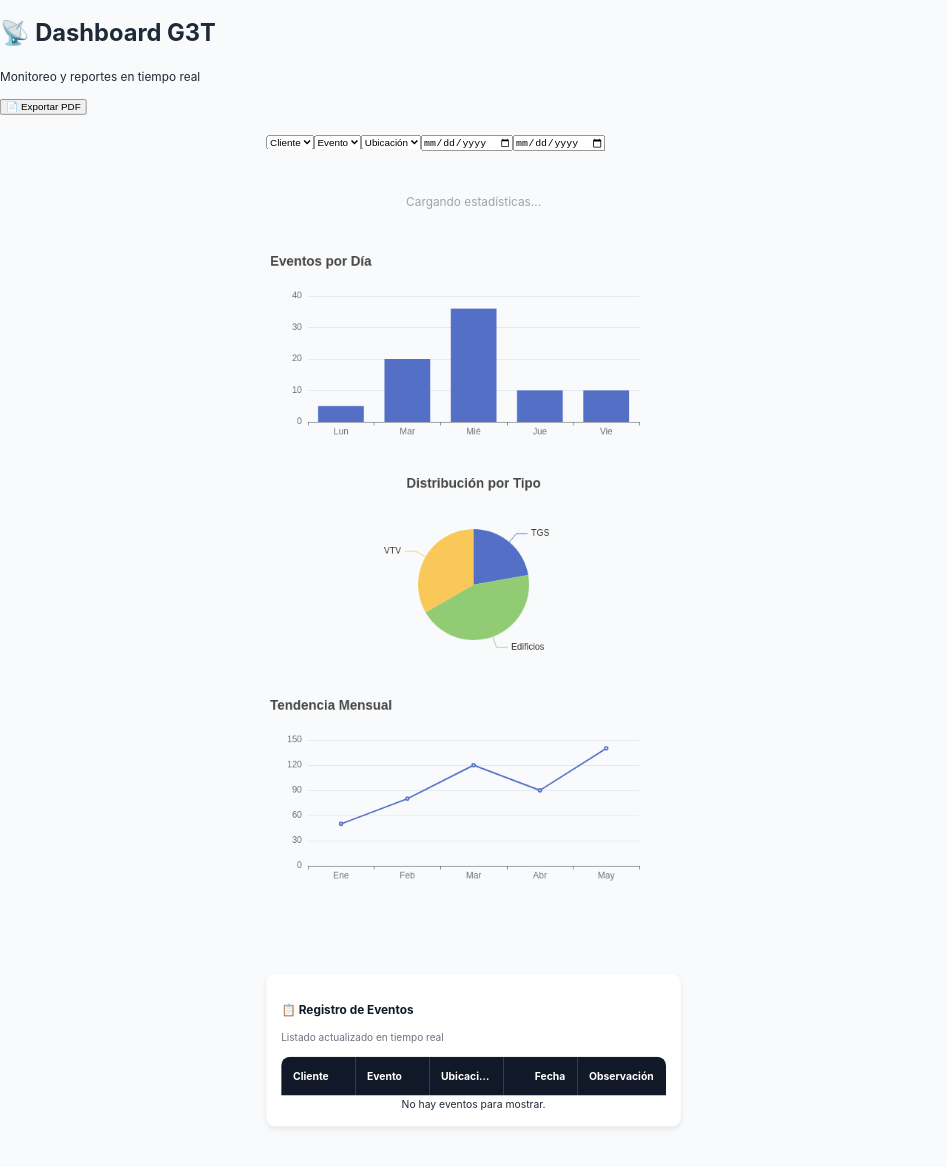
Repository: BBrian11/reportes
Page: /
An editor plug-in stored every save of this project. The page is shown before and after the next save, followed by the edit.
The browser window is 1280 px wide. The pictures show the whole page, at 74% of full size.
The page's requests for data from a server got no answer. The project was rebuilt for these pictures with package versions that can differ from the ones it lists, and the page was loaded fresh each time. No one was signed in, and anything a server would have sent is missing. Also part of the build but not shown: vite.config.js, src/components/Dashboard/ExportPDF.jsx, src/styles/tgsstats.css, src/components/Dashboard/TgsStats.jsx, src/styles/edificiostats.css, src/components/Dashboard/EdificioStats.jsx, src/styles/vtvstats.css, src/components/Dashboard/VtvStats.jsx and 2 more.

Above is the page before, as saved 2025-07-29 18:00:23.

After the next save:
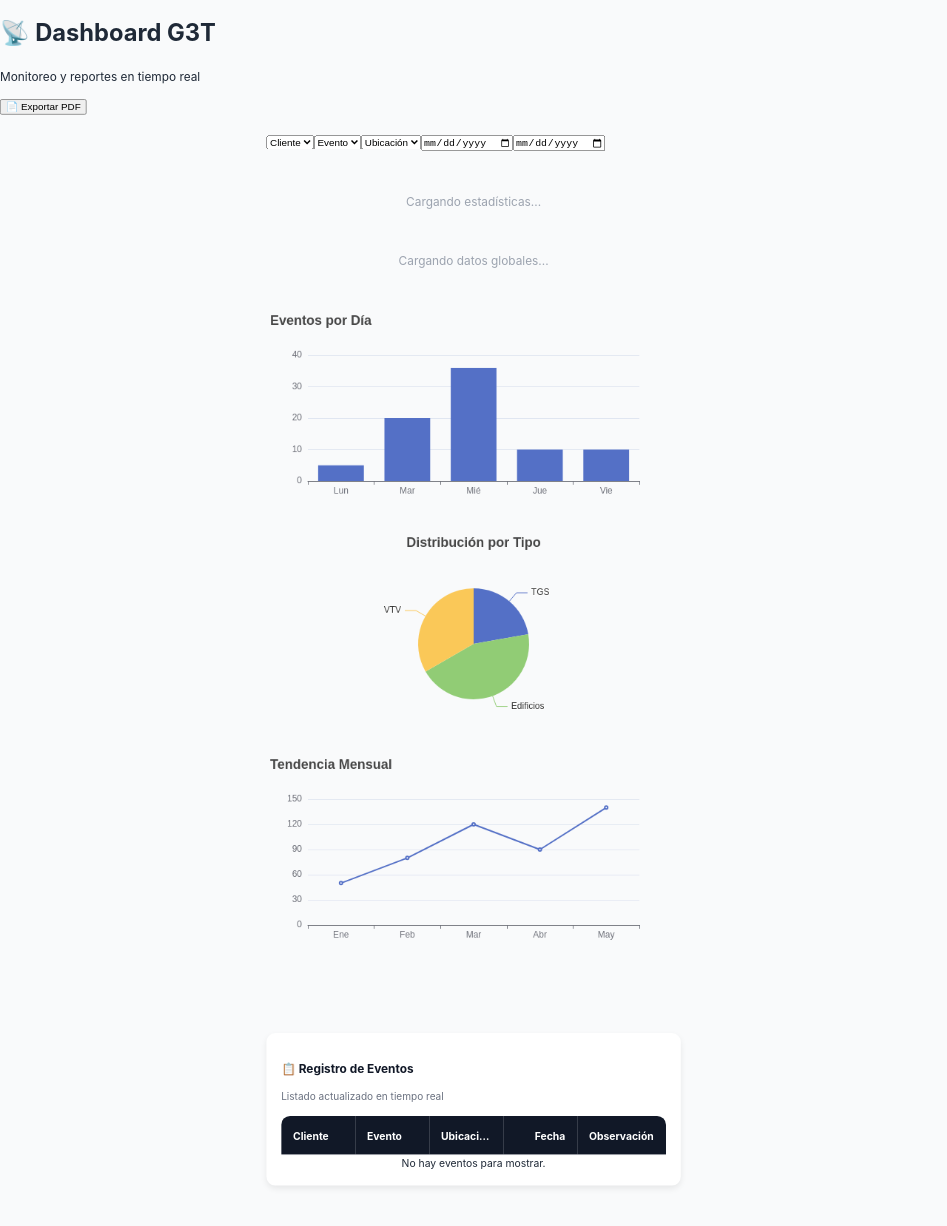
Saved 24 s later.
--- a/src/components/Dashboard/Dashboard.jsx
+++ b/src/components/Dashboard/Dashboard.jsx
@@ -13,6 +13,7 @@
 import TgsStats from "./TgsStats.jsx";
 import EdificioStats from "./EdificioStats.jsx";
 import VtvStats from "./VtvStats.jsx";
+import GlobalStats from "./GlobalStats.jsx";
 
 
 
@@ -102,7 +103,7 @@
         {!filtros.cliente && (
           <>
             <StatsCards eventos={eventosFiltrados} />
-
+            <GlobalStats eventos={eventosFiltrados} />
             <Charts eventos={eventosFiltrados} />
             <EventsTable eventos={eventosFiltrados} />
           </>

After the save that followed:
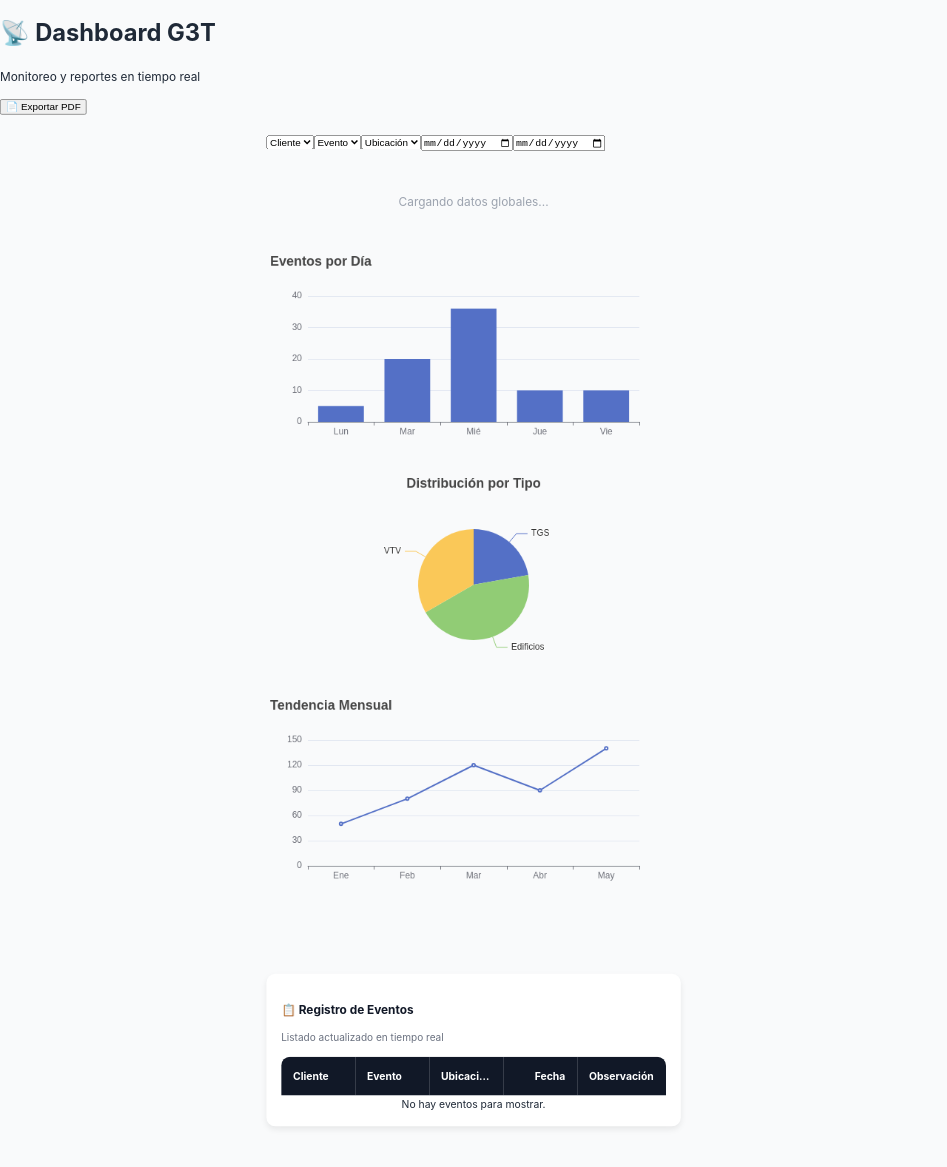
Saved 28 s later.
--- a/src/components/Dashboard/Dashboard.jsx
+++ b/src/components/Dashboard/Dashboard.jsx
@@ -102,7 +102,7 @@
         {/* ✅ Si NO hay cliente seleccionado → Vista general */}
         {!filtros.cliente && (
           <>
-            <StatsCards eventos={eventosFiltrados} />
+
             <GlobalStats eventos={eventosFiltrados} />
             <Charts eventos={eventosFiltrados} />
             <EventsTable eventos={eventosFiltrados} />
